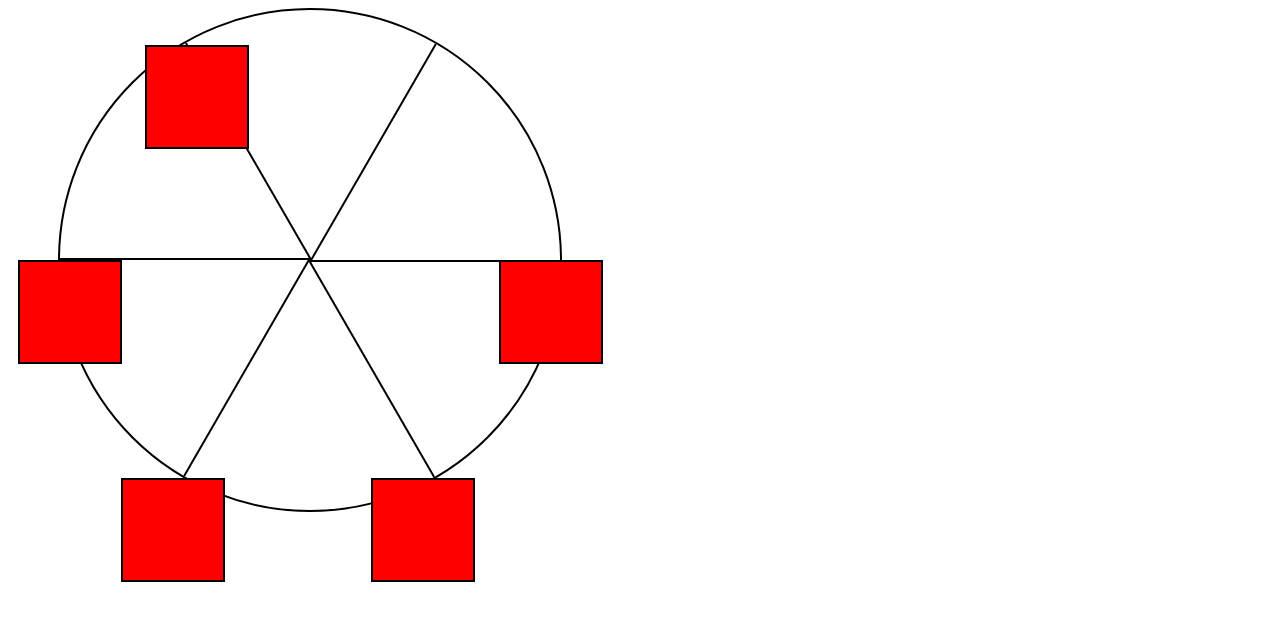
Repository: Lungdjos/ferris_wheel
Page: index.html
An editor plug-in stored every save of this project. The page is shown before and after the next save, followed by the edit.
The browser window is 1280 px wide. The pictures show the whole page.

Above is the page before, as saved 2024-01-11 09:22:01.

After the next save:
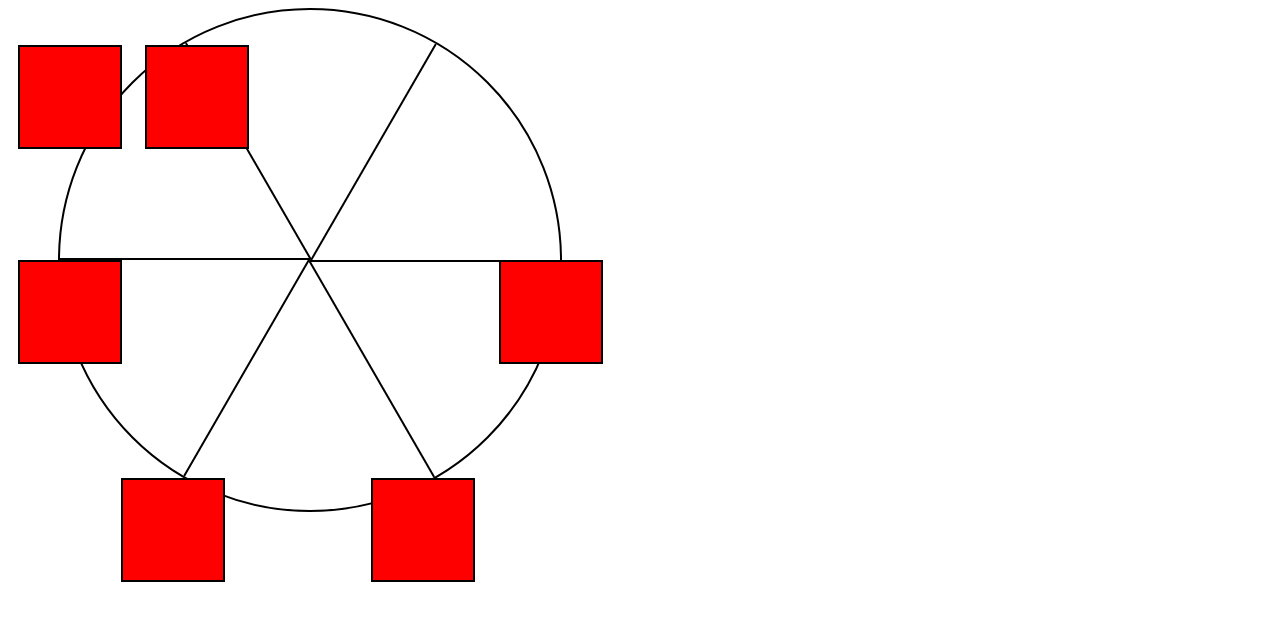
Saved 5 s later.
--- a/styles.css
+++ b/styles.css
@@ -78,7 +78,7 @@
 
 .cabin:nth-of-type(5) {
     left: -8.5%;
-    top: 50%;
+    top: 7%;
 }
 
 .cabin:nth-of-type(6) {

After the save that followed:
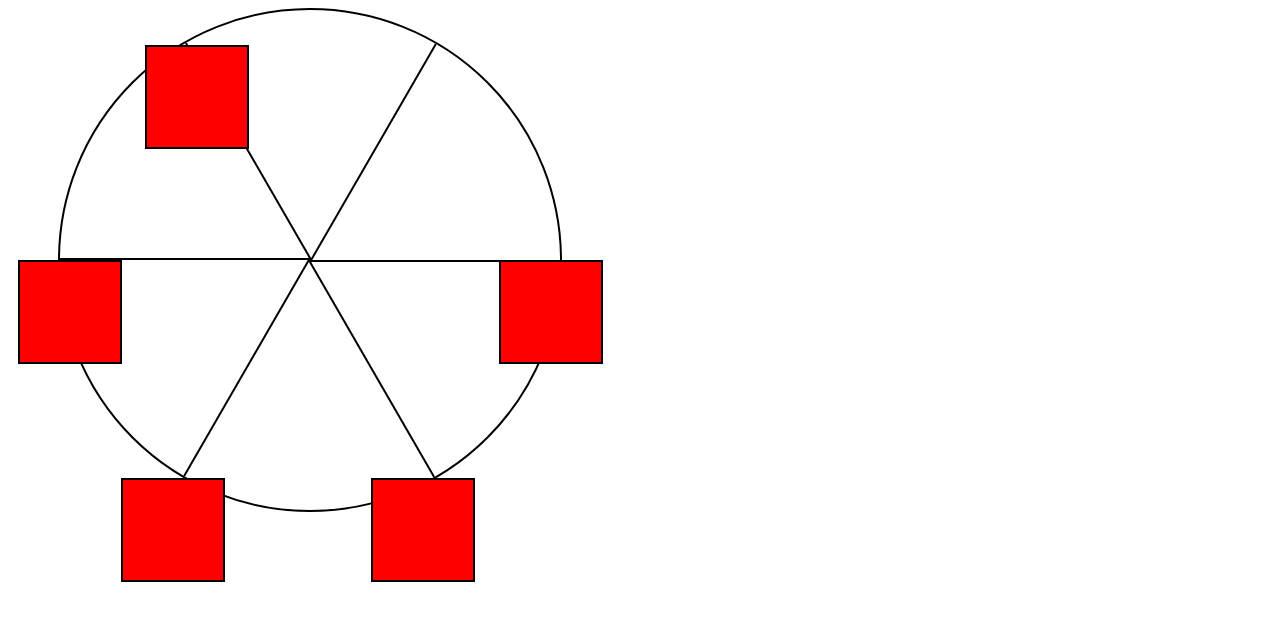
Saved 5 s later.
--- a/styles.css
+++ b/styles.css
@@ -77,7 +77,7 @@
 }
 
 .cabin:nth-of-type(5) {
-    left: -8.5%;
+    left: 17%;
     top: 7%;
 }
 
